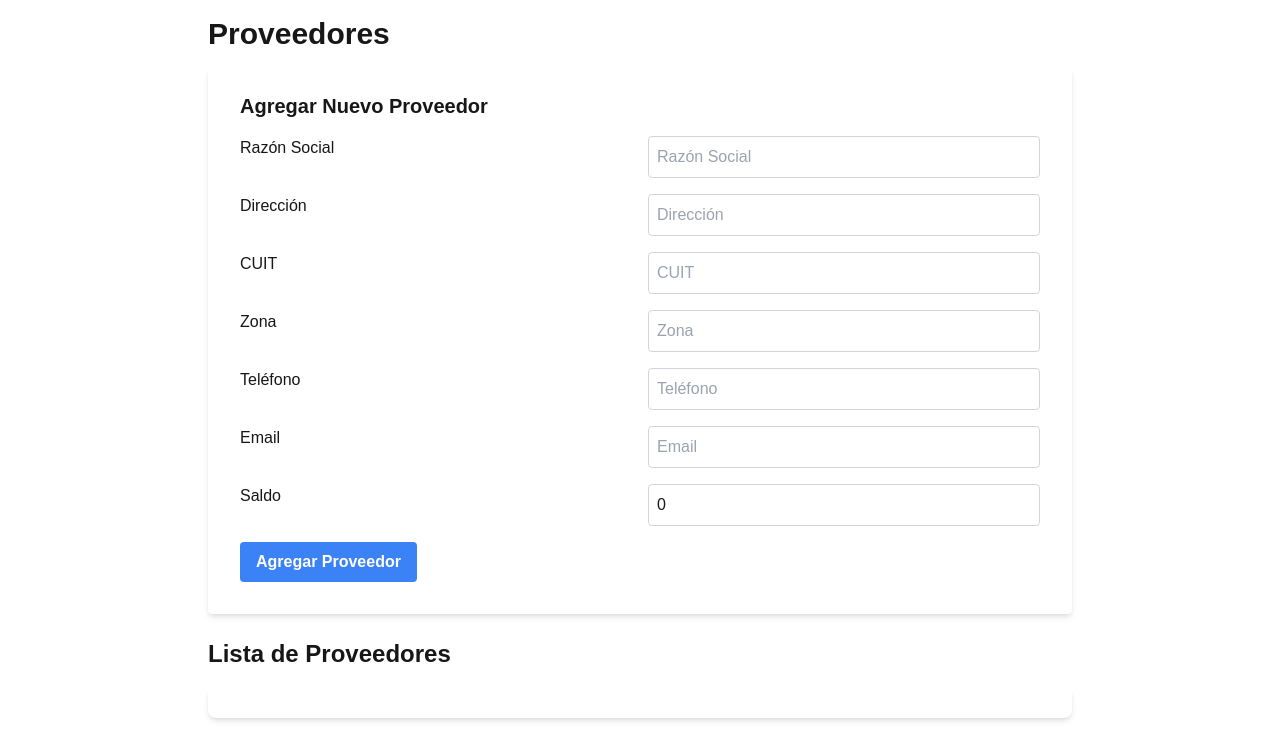
Repository: manucavallera/Sistema-Gestion
Page: /proveedores
An editor plug-in stored every save of this project. The page is shown before and after the next save, followed by the edit.
The browser window is 1280 px wide. The pictures show the whole page.
The page's requests for data from a server got no answer. The project was rebuilt for these pictures with package versions that can differ from the ones it lists, and the page was loaded fresh each time. The framework's server and built-in components were replaced by stand-ins that run in the browser. No one was signed in, and anything a server would have sent is missing. Also part of the build but not shown: next.config.mjs.

Above is the page before, as saved 2024-11-20 19:45:33.

After the next save:
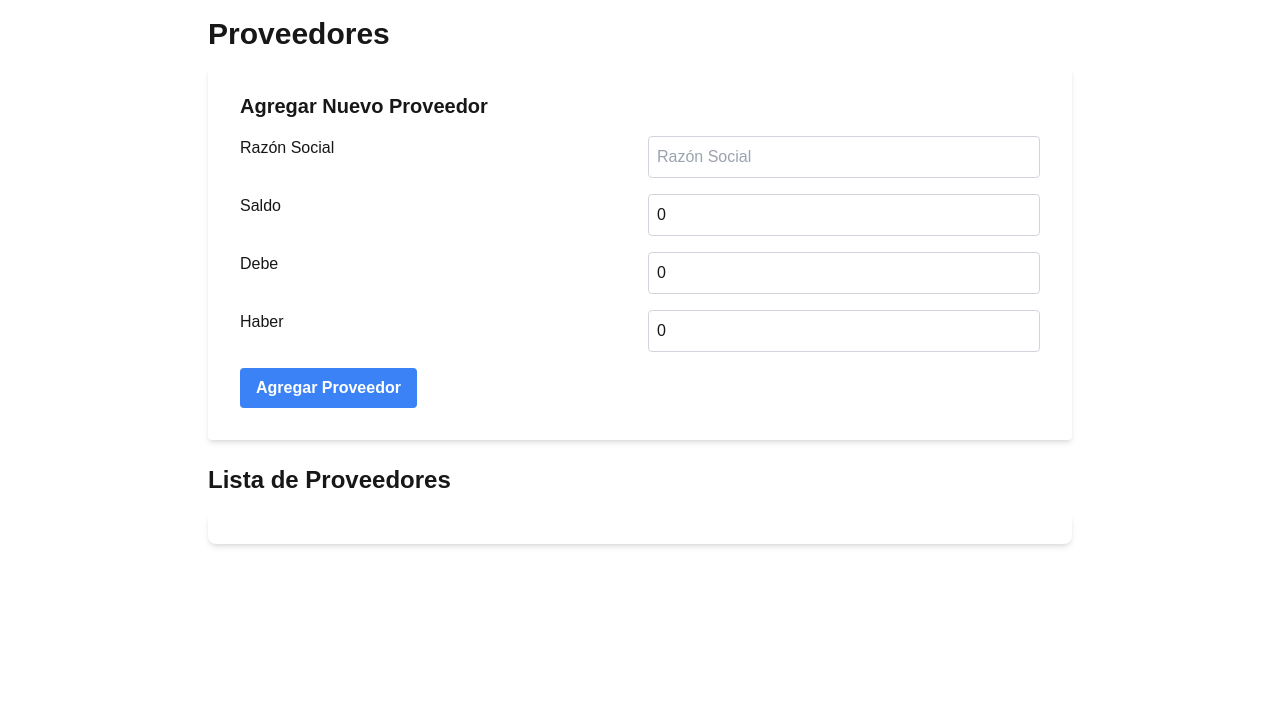
Saved 9 min 40 s later.
--- a/src/app/proveedores/page.tsx
+++ b/src/app/proveedores/page.tsx
@@ -4,12 +4,9 @@ import { useEffect, useState } from "react";
 interface Proveedor {
   id: number;
   razonSocial: string;
-  direccion: string;
-  cuit: string;
-  zona: string;
-  telefono: string;
-  email: string;
   saldo: number;
+  debe: number; // Añadido
+  haber: number; // Añadido
 }
 
 const ProveedoresPage = () => {
@@ -17,12 +14,9 @@ const ProveedoresPage = () => {
   const [nuevoProveedor, setNuevoProveedor] = useState<Proveedor>({
     id: 0,
     razonSocial: "",
-    direccion: "",
-    cuit: "",
-    zona: "",
-    telefono: "",
-    email: "",
     saldo: 0,
+    debe: 0, // Inicializar debe
+    haber: 0, // Inicializar haber
   });
   const [isEditing, setIsEditing] = useState(false);
   const [loading, setLoading] = useState(false);
@@ -93,12 +87,9 @@ const ProveedoresPage = () => {
     setNuevoProveedor({
       id: 0,
       razonSocial: "",
-      direccion: "",
-      cuit: "",
-      zona: "",
-      telefono: "",
-      email: "",
       saldo: 0,
+      debe: 0,
+      haber: 0,
     });
     setIsEditing(false);
   };
@@ -144,72 +135,10 @@ const ProveedoresPage = () => {
             id='razonSocial'
             type='text'
             name='razonSocial'
-            placeholder='Razón Social '
+            placeholder='Razón Social'
             value={nuevoProveedor.razonSocial}
             onChange={handleChange}
             required
-            className='border border-gray-300 rounded p-2'
-          />
-          <label htmlFor='direccion' className='block mb-1'>
-            Dirección
-          </label>
-          <input
-            id='direccion'
-            type='text'
-            name='direccion'
-            placeholder='Dirección'
-            value={nuevoProveedor.direccion}
-            onChange={handleChange}
-            required
-            className='border border-gray-300 rounded p-2'
-          />
-          <label htmlFor='cuit' className='block mb-1'>
-            CUIT
-          </label>
-          <input
-            id='cuit'
-            type='text'
-            name='cuit'
-            placeholder='CUIT'
-            value={nuevoProveedor.cuit}
-            onChange={handleChange}
-            required
-            className='border border-gray-300 rounded p-2'
-          />
-          <label htmlFor='zona' className='block mb-1'>
-            Zona
-          </label>
-          <input
-            id='zona'
-            type='text'
-            name='zona'
-            placeholder='Zona'
-            value={nuevoProveedor.zona}
-            onChange={handleChange}
-            className='border border-gray-300 rounded p-2'
-          />
-          <label htmlFor='telefono' className='block mb-1'>
-            Teléfono
-          </label>
-          <input
-            id='telefono'
-            type='text'
-            name='telefono'
-            placeholder='Teléfono'
-            value={nuevoProveedor.telefono}
-            onChange={handleChange}
-            className='border border-gray-300 rounded p-2'
-          />
-          <label htmlFor='email' className='block mb-1'>
-            Email
-          </label>
-          <input
-            id='email'
-            type='email'
-            name='email'
-            placeholder='Email'
-            value={nuevoProveedor.email}
-            onChange={handleChange}
             className='border border-gray-300 rounded p-2'
           />
           <label htmlFor='saldo' className='block mb-1'>
@@ -221,6 +150,30 @@ const ProveedoresPage = () => {
             name='saldo'
             placeholder='Saldo'
             value={nuevoProveedor.saldo}
+            onChange={handleChange}
+            className='border border-gray-300 rounded p-2'
+          />
+          <label htmlFor='debe' className='block mb-1'>
+            Debe
+          </label>
+          <input
+            id='debe'
+            type='number'
+            name='debe'
+            placeholder='Debe'
+            value={nuevoProveedor.debe}
+            onChange={handleChange}
+            className='border border-gray-300 rounded p-2'
+          />
+          <label htmlFor='haber' className='block mb-1'>
+            Haber
+          </label>
+          <input
+            id='haber'
+            type='number'
+            name='haber'
+            placeholder='Haber'
+            value={nuevoProveedor.haber}
             onChange={handleChange}
             className='border border-gray-300 rounded p-2'
           />
@@ -251,10 +204,9 @@ const ProveedoresPage = () => {
               className='border-b border-gray-200 py-2 flex justify-between items-center'
             >
               <div>
-                <span className='font-semibold'>{proveedor.razonSocial}</span> -{" "}
-                {proveedor.direccion} - {proveedor.cuit} - {proveedor.zona} -{" "}
-                {proveedor.telefono} - {proveedor.email} - Saldo: $
-                {proveedor.saldo}
+                <span className='font-semibold'>{proveedor.razonSocial}</span> -
+                Saldo: ${proveedor.saldo} - Debe: ${proveedor.debe} - Haber: $
+                {proveedor.haber}
               </div>
               <div>
                 <button
